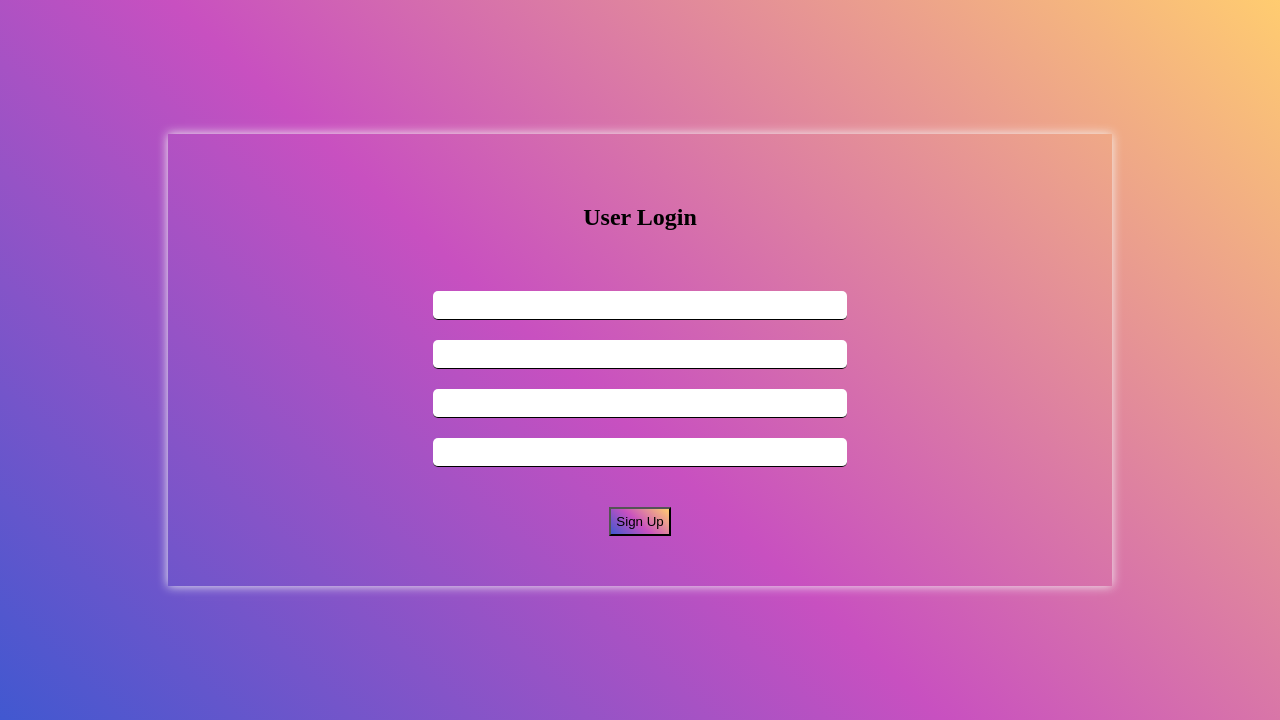
Repository: devSkhandelwal/job-search
Page: /login
An editor plug-in stored every save of this project. The page is shown before and after the next save, followed by the edit.
The browser window is 1280 px wide. The pictures show the whole page.
The project was rebuilt for these pictures with package versions that can differ from the ones it lists, and the page was loaded fresh each time. Also part of the build but not shown: src/actions/jobAction.js, src/components/FormElement/ApplyForm.js, src/containers/JobDetailsContainer.js, src/containers/JobFilterContainer.js, src/components/JobItem.js, src/components/JobList.js, src/containers/JobListContainer.js.

Above is the page before, as saved 2021-05-04 09:35:01.

### src/index.js
import React from 'react';
import ReactDOM from 'react-dom';
import './index.css';
import App from './App';
import {Provider} from 'react-redux'
import store from './store';

ReactDOM.render(
    <Provider store={store}>
      <App />
    </Provider>,
  document.getElementById('root')
);

### src/index.css
*{
  margin: 0;
  padding: 0;
  box-sizing: border-box;
}

.container{
  width: 100%;
  padding: 0 50px;
  display: flex;
  flex-direction: column;
  align-items: center;
  justify-content: center;
}

### src/App.js
import {BrowserRouter as Router, Route, Switch} from 'react-router-dom';
import JobDetailsContainer from './containers/JobDetailsContainer';
import JobFilterContainer from './containers/JobFilterContainer';
import JobListContainer from './containers/JobListContainer';
import LoginContainer from './containers/LoginContainer';

function App() {
  return (
    <Router>
      <Switch>
        <Route path="/login" component = {LoginContainer}/>
        <Route path="/job/filter" component={JobFilterContainer}/>
        <Route path="/jobs" component={JobListContainer} />
        <Route path="/job/details/:jobId" component={JobDetailsContainer}/>
      </Switch>
    </Router>
  );
}

export default App;

### src/store.js
import {combineReducers,createStore,applyMiddleware} from 'redux';
import thunk from 'redux-thunk';
import {composeWithDevTools} from 'redux-devtools-extension'
import { userLoginReducer } from './reducers/userReducer';
import { jobDetailsReducer, jobListReducer } from './reducers/jobReducers';


const reducers = combineReducers({
    login:userLoginReducer,
    jobList:jobListReducer,
    jobDetails:jobDetailsReducer
});

const userFromStorage = localStorage.getItem('userInfo') ? JSON.parse(localStorage.getItem('userInfo')) :null

const initialState = {
    login:{userInfo:userFromStorage}
}


const middleware = [thunk]


const store = createStore(
    reducers,
    initialState,
    composeWithDevTools(applyMiddleware(...middleware))
)

export default store;

### src/containers/LoginContainer.js
import React, { useState,useEffect } from 'react';
import {useDispatch,useSelector} from 'react-redux'
import {useHistory} from 'react-router-dom'

import { userLoginAction } from '../actions/userActions';
import Card from '../components/Card/Card';
import './LoginContainer.css'
import Button from '../components/FormElement/Button'
import Input from '../components/FormElement/Input'

const LoginContainer = () => {

    const [name,setName] = useState('');
    const [email,setEmail] = useState('');
    const [password,setPassword] = useState('');
    const [confirmPassword,setConfirmPassword] = useState('');
    const [message,setMessage] = useState('')



    const history = useHistory();
    const dispatch = useDispatch();
    const user = useSelector(state=>state.login);

    const {userInfo,loading,error} = user;
    console.log(user)


    useEffect(()=>{
        if(userInfo){
            history.push('/')
        }
    },[userInfo,history])

    const submitHandler = (e) => {
        e.preventDefault();
        if(name === '' || email ==='' || password === '' || confirmPassword === '' ){
            setMessage('Required all fields')
        }

        if(password === confirmPassword){
            setMessage('Password does not match')
        }

        dispatch(userLoginAction(name,email))



    }

    return (
        <div className="container login__container">
            <Card>
                <h2>User Login </h2>
                <form onSubmit={submitHandler} className="form">
                    <Input
                        element="input"
                        id="name"
                        name="Name"
                        type="text"
                        value={name}
                        onChange={(e)=>setName(e.target.value)}
                    />
                    <Input
                        element="input"
                        id="email"
                        name="Email"
                        type="email"
                        value={email}
                        onChange={(e)=>setEmail(e.target.value)}
                    />
                    <Input
                        element="input"
                        id="password"
                        name="Password"
                        type="password"
                        value={password}
                        onChange={(e)=>setPassword(e.target.value)}
                    />
                    <Input
                        element="input"
                        id="confirmPassword"
                        name="Confirm Password"
                        type="password"
                        value={confirmPassword}
                        onChange={(e)=>setConfirmPassword(e.target.value)}
                    />
                    <Button type="submit" varient="full">
                        Sign Up
                    </Button>
                </form>
            </Card>
        </div>
    )
}

export default LoginContainer

### src/reducers/userReducer.js
import { USER_LOGIN_FAIL, USER_LOGIN_REQUEST, USER_LOGIN_SUCCESS } from "../constants/userConstants";

export const userLoginReducer = (state={},action) => {
    switch(action.type){
        case USER_LOGIN_REQUEST:
            return {
                loading:true
            }
        case USER_LOGIN_SUCCESS:
            return{
                loading:false,
                userInfo:action.payload
            }
        case USER_LOGIN_FAIL:
            return{
                loading:false,
                error:action.payload
            }
        default:
            return state
    }
}

### src/reducers/jobReducers.js
import { JOB_DETAILS_FAIL, JOB_DETAILS_REQUEST, JOB_DETAILS_SUCCESS, JOB_LIST_FAIL, JOB_LIST_REQUEST, JOB_LIST_SUCCESS } from "../constants/jobsConstants";

export const jobListReducer = (state={jobs:[]},action) => {
    switch(action.type){
        case JOB_LIST_REQUEST:
            return {loading:true,jobs:[]};
        case JOB_LIST_SUCCESS:
            return {
                loading:false,
                jobs:action.payload
            }
        case JOB_LIST_FAIL:
            return {
                loading:false,
                error:action.payload
            }
        default:
            return state
    };
};



export const jobDetailsReducer = (state={job:{}},action) => {
    switch(action.type){
        case JOB_DETAILS_REQUEST:
            return {loading:true};
        case JOB_DETAILS_SUCCESS:
            return {
                loading:false,
                job:action.payload
            }
        case JOB_DETAILS_FAIL:
            return {
                loading:false,
                error:action.payload
            }
        default:
            return state
    };
};

### src/components/FormElement/Button.js
import React from 'react';
import './Button.css'

const Button = ({type,varient,children}) => {
    return (
        <>
            <button type={type} className={`button ${varient}`}>
                {children}
            </button>
        </>
    )
}

export default Button

### src/components/FormElement/Input.js
import React from 'react';

import './Input.css'

const Input = ({element,onChange,value,type,name,id}) => {

    const inputElement = element === 'input' ? (
        <input
            id={id}
            name={name}
            type={type}
            value={value}
            onChange={onChange}
        />
    ):null

    return (
        <div className="form-group">
            {inputElement}
        </div>
    )
}

export default Input

### src/actions/userActions.js
import {v4 as uuidV4} from 'uuid';

import { USER_LOGIN_FAIL, USER_LOGIN_REQUEST, USER_LOGIN_SUCCESS } from "../constants/userConstants"

export const userLoginAction = (name,email) => async(dispatch) => {
    try{
        dispatch({
            type:USER_LOGIN_REQUEST
        });

        const user= {
            id:uuidV4(),
            name,
            email
        }

        dispatch({
            type:USER_LOGIN_SUCCESS,
            payload:user
        });

        localStorage.setItem('userInfo',JSON.stringify(user))

    }catch(err){
        dispatch({
            type:USER_LOGIN_FAIL,
            payload:err
        })
    }

}

### src/components/Card/Card.js
import React from 'react';

import './Card.css'

const Card = ({children}) => {
    return (
        <div className="card">
            {children}
        </div>
    )
}

export default Card

### src/containers/LoginContainer.css
.form{
    display: flex;
    flex-direction: column;
    align-items: center;
    width: 100%;
}

.login__container{
    height: 100vh;
    background-color: #4158D0;
background-image: linear-gradient(43deg, #4158D0 0%, #C850C0 46%, #FFCC70 100%);

}

.login__container h2{
    text-align: center;
    margin: 50px 0;
}

### src/constants/userConstants.js

export const USER_LOGIN_REQUEST = 'USER_LOGIN_REQUEST'
export const USER_LOGIN_SUCCESS = 'USER_LOGIN_SUCCESS';
export const USER_LOGIN_FAIL = 'USER_LOGIN_FAIL';

### src/constants/jobsConstants.js
export const JOB_LIST_REQUEST = "JOB_LIST_REQUEST";
export const JOB_LIST_SUCCESS = "JOB_LIST_SUCCESS";
export const JOB_LIST_FAIL = "JOB_LIST_FAIL";



export const JOB_DETAILS_REQUEST = "JOB_DETAILS_REQUEST";
export const JOB_DETAILS_SUCCESS = "JOB_DETAILS_SUCCESS";
export const JOB_DETAILS_FAIL = "JOB_DETAILS_FAIL";

### src/components/FormElement/Button.css
.button{
    padding: 5px;
    margin: 30px;
}

.full{

    background-color: #4158D0;
    background-image: linear-gradient(43deg, #4158D0 0%, #C850C0 46%, #FFCC70 100%);
    ;
}

### src/components/FormElement/Input.css
.form-group{
    width: 70%;
    margin:10px 0;
    display: flex;
    justify-content: center;
}

.form-group input{
    border: none;
    outline: none;
    border-bottom:1px black solid ;
    padding:5px 10px;
    font-size: 16px;
    width: inherit;
    border-radius:5px;

}

### src/components/Card/Card.css
.card{
    width: 80%;
    box-shadow: 0px 0px 10px whitesmoke;
    padding: 20px 50px;

}

.card:hover{
    box-shadow: 0px 0px 30px whitesmoke;
}

Loaded but not shown: public/index.html (common file)

After the next save:
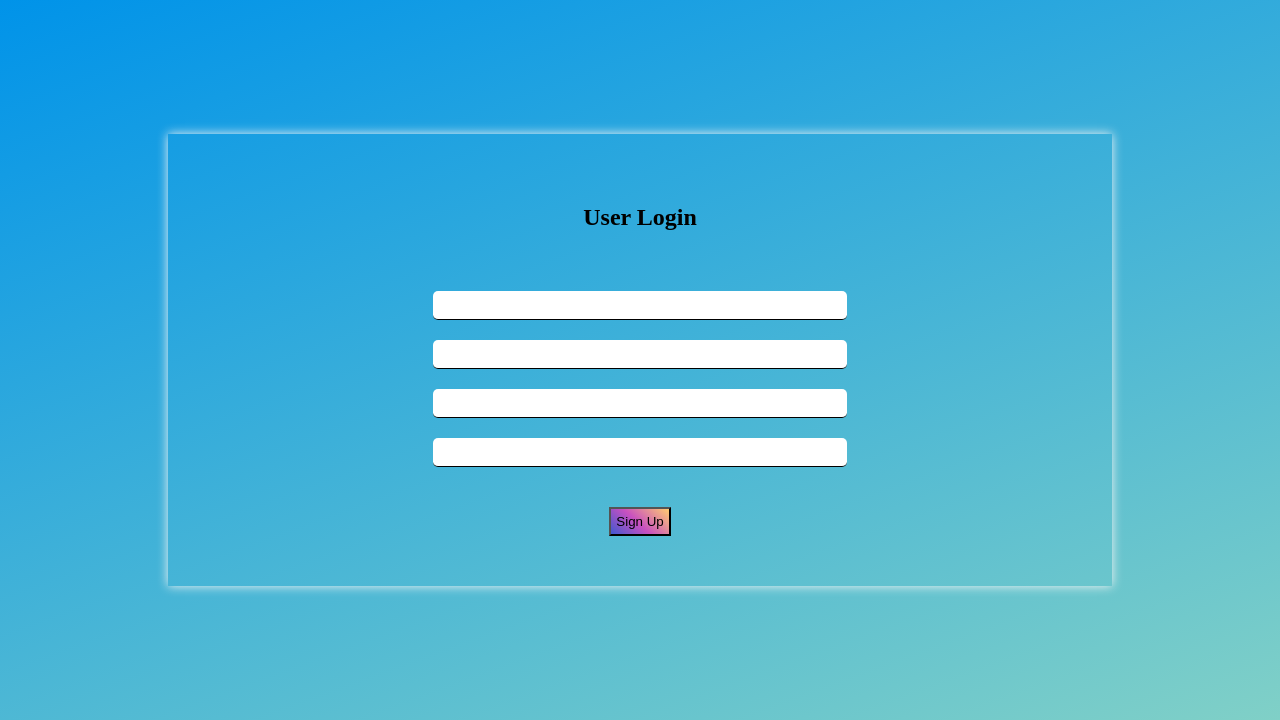
Saved 16 s later.
--- a/src/containers/LoginContainer.css
+++ b/src/containers/LoginContainer.css
@@ -7,8 +7,9 @@
 
 .login__container{
     height: 100vh;
-    background-color: #4158D0;
-background-image: linear-gradient(43deg, #4158D0 0%, #C850C0 46%, #FFCC70 100%);
+    background-color: #0093E9;
+background-image: linear-gradient(160deg, #0093E9 0%, #80D0C7 100%);
+
 
 }
 
